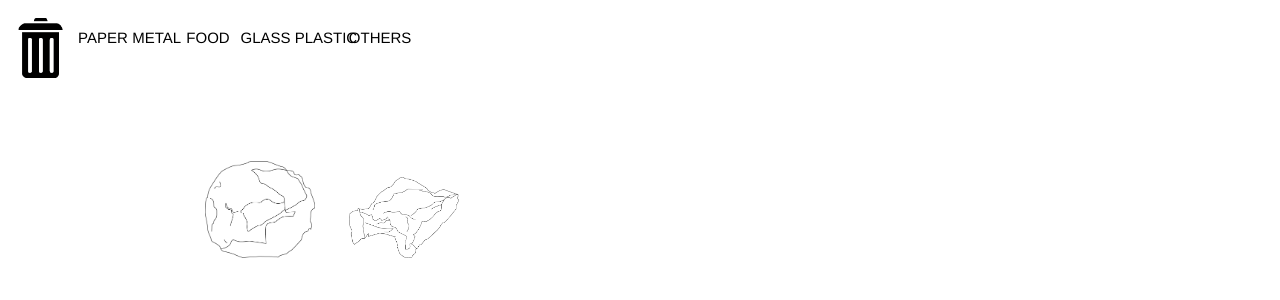
Repository: raghu225/raghu225.github.io
Page: space/plastic.html
The author's editor kept a record of every edit. The page is drawn from the files as they stood at one moment, then again after the next edit.
The browser window is 1280 px wide. The pictures show the whole page.
Some web libraries are served in a nearby version.

Above is the page before.

### space/plastic.html
<html>

    <head>
        <title>Paper</title>
        <link href="assets/css/style1.css" rel="stylesheet" type="text/css" />
        <script src="https://ajax.googleapis.com/ajax/libs/jquery/1.11.2/jquery.min.js"></script>

    </head>

    <body>
        <div id="header">
            <a href="page1.html"><img class="bin" src="assets/images/trashcan.png"/></a>
            <ul class="links">
            <li><a  href="paper.html">paper</a></li>
            <li><a  href="metal.html">metal</a></li>
            <li><a  href="food.html">food</a></li>
            <li><a  href="glass.html">glass</a></li>
            <li><a  href="plastic.html">plastic</a></li>
            <li><a  href="others.html">others</a></li>
            </ul>
        </div>
        <br>
        <div class="trash-o">

            <img class="drawings cat" data-off="plastic1.png" data-on="plastic1_b.png" src="assets/drawings/plastic1.png"/>
            <img class="drawings cat" data-off="plastic2.png" data-on="plastic2_b.png" src="assets/drawings/plastic2.png"/>
        </div>
        <script src="assets/js/application.js"></script>
    </body>

</html>

### space/assets/css/style1.css
#header {
    float: left;
}

.bin {
    margin-left: 10px;
    margin-top: 10px;
    width: 45px;
    float: left;
}

.links {
    font-family: 'Avenir Next Condensed', Avenir, 'Helvetica Neue', Helvetica, sans-serif;
    text-transform: uppercase;
    font-size: 15px;
    font-weight: lighter;
    /*float: right;*/
    margin-left: 20px;
    margin-top: 21px;
    text-decoration: none;
    color: #000;
    /*width: 100px;*/
}

.links li {
    list-style:none;
    display:inline-block;
    margin-left: 10px;
    text-decoration: none;
    color: #000;
    width: 40px;
    /*width: 42px; */
    /*width to stop it from moving*/
}

a {
    text-decoration: none;
    color: #000000;
    }

a:hover{
    text-decoration: none;
    font-weight: normal;
    color: #000;
}

.up {
    /*width: 100px;*/
    /*margin: 0 auto;*/
    position: absolute;
    margin-top: -60px;
    margin-left: 600px;
    /*margin-bottom: 100px;*/
}

.cross {
    position: absolute;
    margin-top: -60px;
    margin-left: 1100px;
}
.down {
    margin-top: 15px;
    margin-left: 600px;
    position: absolute;
    /*width: 50%;*/
}

.container {
    position: relative;
}

.lightbox-wrapper {
    display: none;
    position: fixed;
}

.lightbox-wrapper.show {
    display: block;
    z-index: 100;
}

.lightbox {
    border: solid black;
    width: 1000px;
    height: 500px;
    margin-top: -10px;
    margin-left: 125px;
    background-color: white;
    /*position: absolute;*/
    /*background-repeat: repeat-x;*/
    /*z-index: 100;*/
}

.lightbox .image {
    width: 100%;
    height: 100%;
    /*background-image: url("assets/images/package2.png");*/
    background-repeat: repeat;
    /*background-color: white;*/
    /*z-index: 100;*/
}

/*.image-wrapper {*/
/*    display: none;*/
/*    position: fixed;*/
/*}*/

/*.image-wrapper.show {*/
/*    display: block;*/
/*    width: 200px;*/
/*    height: 200px;*/
/*}*/


/*.lightbox2 {*/
/*    border: solid black;*/
/*    width: 1000px;*/
/*    height: 500px;*/
/*    margin-left: 125px;*/
/*    margin-top: 70px;*/
/*    background-color: white;*/
/*    position: absolute;*/
/*    background-repeat: repeat-y;*/
/*    background-image: url("images/kurkure.png");*/
/*}*/


.trash {
    margin-top: 70px;
    position: relative;
    height: 400px;
}

.test {
    display: inline-block;
    width: 20px;
    height:20px;
}

.drawing1 {top: 10%; left:20%;}
.drawing2 {top: 20%; left: 50%;}
.drawing3 {top: 30%; }
.drawing4 {top: 40%; left: 50%;}
.drawing5 {top: 50%; left: 20%;}
.drawing6 {top: 60%; left: 50%;}
.drawing7 {top: 70%; left: 50%;}
.drawing8 {top: 50%; left: 30%;}
.drawing9 {top: 30%; left: 10%;}
.drawing10 {top: 20%; left: 80%;}
.drawing11 {top: 10%; left: 60%;}
.drawing12 {top: 40%; left: 30%;}
.drawing13 {top: 0%; left: 30%;}
.drawing14 {top: 40%; left: 0%;}
.drawing15 {top: 30%; left: 30%;}
.drawing16 {top: 60%; left: 30%;}
.drawing17 {top: 80%; left: 90%;}
.drawing18 {top: 80%; left: 0%;}
.drawing19 {top: 50%; left: 70%;}
.drawing20 {top: 40%; left: 20%;}
.drawing21 {top: 70%; left: 20%;}
.drawing22 {top: 70%; left: 10%;}
.drawing23 {top: 60%; left: 0%;}
.drawing24 {top: 40%; left: 60%;}
.drawing25 {top: 0%; left: 80%;}
.drawing26 {top: 0%; left: 65%;}
.drawing27 {top: 0%; left: 20%;}
.drawing28 {top: 0%; left: 50%;}
.drawing29 {top: 70%; left: 70%;}
.drawing30 {top: 50%; left: 40%;}
.drawing31 {top: 60%; left: 40%;}
.drawing32 {top: 70%; left: 40%;}
.drawing33 {top: 80%; left: 80%;}
.drawing34 {top: 50%; left: 80%;}
.drawing35 {top: 40%; left: 40%;}
.drawing36 {top: 30%; left: 35%;}
.drawing37 {top: 20%; left: 40%;}
.drawing38 {top: 10%; left: 40%;}
.drawing39 {top: 0%; left: 40%;}
.drawing40 {top: 80%; left: 40%;}
.drawing41 {top: 85%; left: 45%;}
.drawing42 {top: 15%; left: 15%;}
.drawing43 {top: 25%; left: 65%;}
.drawing44 {top: 35%; left: 55%;}
.drawing45 {top: 85%; left: 15%;}
.drawing46 {top: 35%; left: 10%;}
.drawing47 {top: 65%; left: 85%;}
.drawing48 {top: 45%; left: 75%;}
.drawing49 {top: 55%; left: 5%;}
.drawing50 {top: 95%; left: 25%;}
.drawing51 {top: 95%; left: 5%;}
.drawing52 {top: 95%; left: 15%;}
.drawing53 {top: 85%; left: 25%;}
.drawing54 {top: 85%; left: 65%;}
.drawing55 {top: 95%; left: 65%;}
.drawing56 {top: 95%; left: 85%;}
.drawing57 {top: 95%; left: 55%;}
.drawing58 {top: 85%; left: 75%;}
.drawing59 {top: 65%; left: 60%;}
.drawing60 {top: 2%; left: 35%;}
.drawing61 {top: 10%; left: 5%;}
.drawing62 {top: 05%; left: 10%;}
.drawing63 {top: 0%; left: 20%;}
.drawing64 {top: 10%; left: 70%;}
.drawing65 {top: 100%; left: 40%;}
.drawing66 {top: 95%; left: 30%;}
.drawing67 {top: 95%; left: 35%;}
.drawing68 {top: 100%; left: 10%;}
.drawing69 {top: 100%; left: 60%;}
.drawing70 {top: 95%; left: 0%;}
.drawing71 {top: 5%; right: 0%;}
.drawing72 {top: 15%; right: 0%;}
.drawing73 {top: 35%; right: 10%;}
.drawing74 {top: 25%; right: 0%;}
.drawing75 {top: 65%; right: 0%;}
.drawing76 {top: 85%; right: 0%;}
.drawing77 {top: 100%; right: 15%;}
.drawing78 {top: 45%; right: 0%;}
.drawing79 {top: 100%; right: 0%;}
.drawing80 {top: 40%; right: 0%;}
.drawing81 {top: 5%; right: 5%;}
.drawing82 {top: 100%; right: 40%;}
.drawing83 {top: 15%; right: 5%;}
.drawing84 {top: 25%; right: 10%;}
.drawing85 {top: 70%; right: 65%;}
.drawing86 {top: 55%; right: 80%;}
.drawing87 {top: 75%; right: 60%;}
.drawing88 {top: 12%; right: 65%;}
.drawing89 {top: 30%; right: 70%;}
.drawing90 {top: 30%; right: 75%;}

.trash-o {
    position: relative;
    margin-top: 140px;
    width: 900px;
    margin: 120 auto;
}
.drawings {
    width: 90px;
    position: absolute;
    cursor: pointer;
}

.drawings.viewed {
    display: none;
}

.cat {
    width: 110px;
    position: relative;
    margin: 15px;
}

#bin {
  position: absolute;
  height:120px;
  width:90px;
  margin:0 auto;
  top: 50%;
  left: 50%;
  margin-left: -45px;
  margin-top: -60px;
}


@-webkit-keyframes spaceboots {
	0% { -webkit-transform: translate(2px, 1px) rotate(0deg); }
	10% { -webkit-transform: translate(-1px, -2px) rotate(-1deg); }
	20% { -webkit-transform: translate(-3px, 0px) rotate(1deg); }
	30% { -webkit-transform: translate(0px, 2px) rotate(0deg); }
	40% { -webkit-transform: translate(1px, -1px) rotate(1deg); }
	50% { -webkit-transform: translate(-1px, 2px) rotate(-1deg); }
	60% { -webkit-transform: translate(-3px, 1px) rotate(0deg); }
	70% { -webkit-transform: translate(2px, 1px) rotate(-1deg); }
	80% { -webkit-transform: translate(-1px, -1px) rotate(1deg); }
	90% { -webkit-transform: translate(2px, 2px) rotate(0deg); }
	100% { -webkit-transform: translate(1px, -2px) rotate(-1deg); }
}

.drawings:hover,

.drawings:focus {
	-webkit-animation-name: spaceboots;
	-webkit-animation-duration: 0.8s;
	-webkit-transform-origin:50% 50%;
	-webkit-animation-iteration-count: infinite;
	-webkit-animation-timing-function: linear;
}

### space/assets/js/application.js
$('.drawings').hover(function() {
    var src  = $(this).data('on'),
        path = 'assets/drawings/',
        full_path = path + src;

    $(this).attr('src', full_path);

}, function() {
    var src  = $(this).data('off'),
        path = 'assets/drawings/',
        full_path = path + src;

    $(this).attr('src', full_path);
});

$('.drawings').click(function(event) {
    event.preventDefault();
    $(this).addClass('viewed');
    $('.lightbox-wrapper').addClass('show');
    $('.lightbox').addClass('image');
    $('.lightbox').html("<img src='assets/images/" + $(this).data("on") + "'>");
});

$('.cross').click(function(event) {
    event.preventDefault();

    $('.lightbox-wrapper').removeClass('show');
    $('.lightbox').removeClass('image');
});

After the next edit:
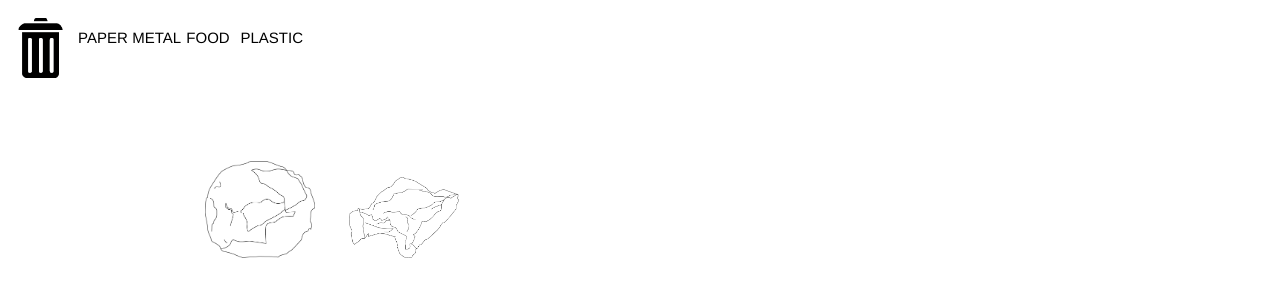
The edit:
--- a/space/plastic.html
+++ b/space/plastic.html
@@ -14,9 +14,7 @@
             <li><a  href="paper.html">paper</a></li>
             <li><a  href="metal.html">metal</a></li>
             <li><a  href="food.html">food</a></li>
-            <li><a  href="glass.html">glass</a></li>
             <li><a  href="plastic.html">plastic</a></li>
-            <li><a  href="others.html">others</a></li>
             </ul>
         </div>
         <br>
